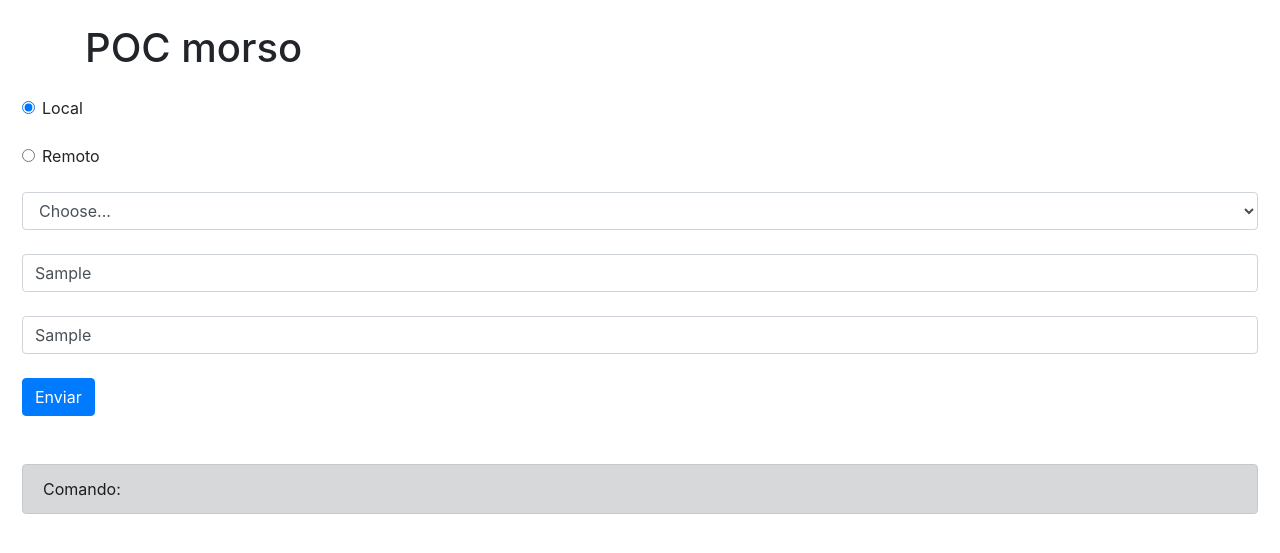
Repository: marisaoliva/poc-execute-cmd
Page: index.html
An editor plug-in stored every save of this project. The page is shown before and after the next save, followed by the edit.
The browser window is 1280 px wide. The pictures show the whole page.
Empty fields were first filled with sample values (such as "Sample", 5 or name@example.com).
After loading, the first visible `button.btn` was clicked once.
The page's requests for data from a server got no answer.

Above is the page before, as saved 2019-03-01 15:42:40.
Console error: ReferenceError: commando is not defined

### index.html
<html>
    <head>
        <link rel="stylesheet" href="https://stackpath.bootstrapcdn.com/bootstrap/4.3.1/css/bootstrap.min.css" integrity="sha384-ggOyR0iXCbMQv3Xipma34MD+dH/1fQ784/j6cY/iJTQUOhcWr7x9JvoRxT2MZw1T" crossorigin="anonymous">
        <style>
            .alert{
                width: 100%;
            }
        </style>
    </head>
    <body>
        <div class='container mt-4'>
            <h1>POC morso</h1>
              <form">
                <div class="mx-md-n5 mt-4">
                    <div class="form-check row mt-4">
                        <input class="form-check-input" type="radio" name="exampleRadios" id="exampleRadios1" value="local" checked>
                        <label class="form-check-label" for="exampleRadios1">
                                Local
                        </label>
                    </div>
                    <div class="form-check row mt-4">
                        <input class="form-check-input" type="radio" name="exampleRadios" id="exampleRadios2" value="remoto">
                        <label class="form-check-label" for="exampleRadios2">
                                Remoto
                        </label>
                    </div>
                    <div class='row mt-4'>
                        <select id="inputState" class="form-control">
                            <option selected>Choose...</option>
                            <option>Hola</option>
                            <option>Adios</option>
                        </select>
                    </div>
                    <div class="row mt-4">
                        <input type="text" class="form-control" id='input1' placeholder="Input 1">
                    </div>
                    <div class="row mt-4">
                        <input type="text" class="form-control" id='input2' placeholder="Input 2">
                    </div>
                    <div class='row mt-4'>
                       <button type="button" class="btn btn-primary" onclick="onClickButton()">Enviar</button>
                    </div>
                    <div class='row mt-5'>
                        <div class="alert alert-dark" role="alert">
                            Comando: <span id='command'></span>
                        </div>
                    </div>
                </div>
              </form>
        </div>
        <script>
            function onClickButton(){
                var radio = $("input[type='radio']:checked").val()
                var select = $("#inputState").val();
                var input1 = $("#input1").val();
                var input2 = $("#input2").val();
                comando='';
                var comando =radio+" "+select+" "+input1+" "+input2;
                $("#command").append(commando);
                $.post("http://localhost:8888",
                {
                    comando: comando
                });

            }

        </script>
        <script
            src="https://code.jquery.com/jquery-3.3.1.min.js"
            integrity="sha256-FgpCb/KJQlLNfOu91ta32o/NMZxltwRo8QtmkMRdAu8="
            crossorigin="anonymous"></script>
    </body>
</html>

After the next save:
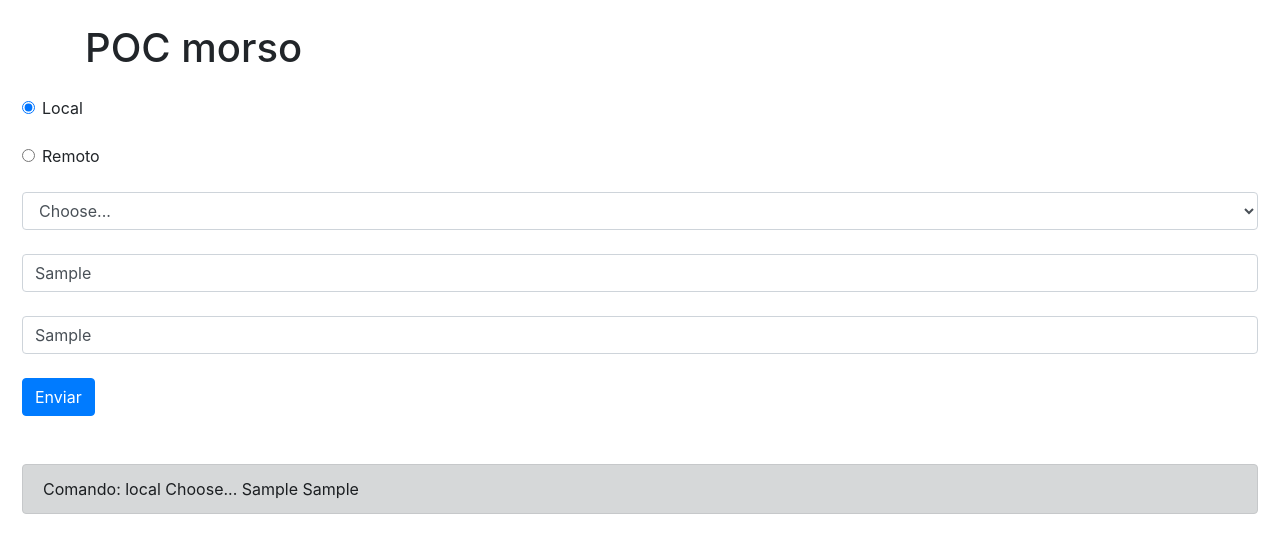
The error is gone.
Saved 61 s later.
--- a/index.html
+++ b/index.html
@@ -56,7 +56,7 @@
                 var input2 = $("#input2").val();
                 comando='';
                 var comando =radio+" "+select+" "+input1+" "+input2;
-                $("#command").append(commando);
+                $("#command").append(comando)
                 $.post("http://localhost:8888",
                 {
                     comando: comando
